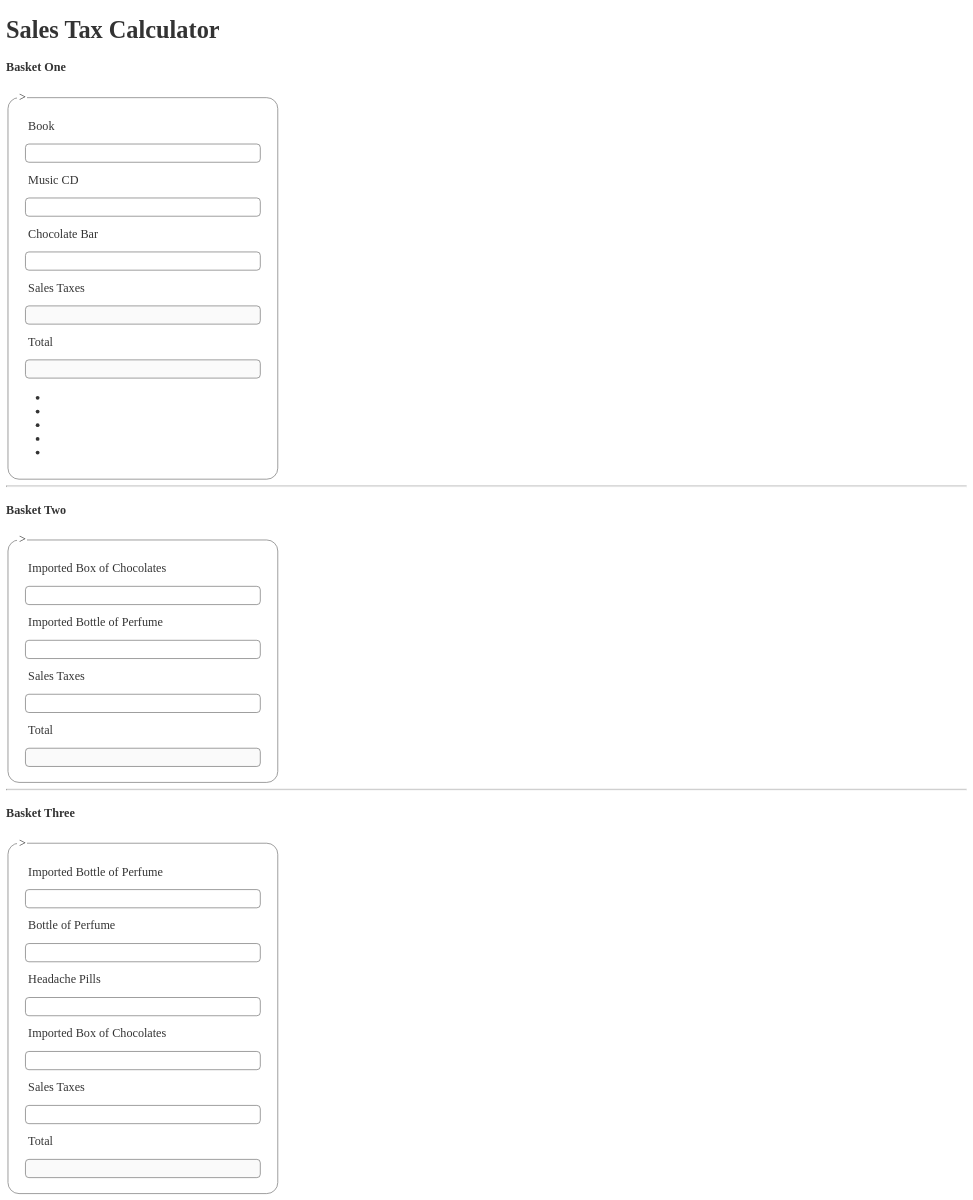
Repository: duzzisantos/sales-tax
Page: index.html
An editor plug-in stored every save of this project. The page is shown before and after the next save, followed by the edit.
The browser window is 1280 px wide. The pictures show the whole page, at 76% of full size.

Above is the page before, as saved 2022-05-25 21:29:23.

### index.html
<!DOCTYPE html>
<html lang="en">

<head>
    <meta charset="UTF-8">
    <meta http-equiv="X-UA-Compatible" content="IE=edge">
    <meta name="viewport" content="width=device-width, initial-scale=1.0">
    <link href="style.css" rel="stylesheet">
    <title>Sales Tax Calculator</title>
</head>

<body>
    <h1>Sales Tax Calculator</h1>
    <section id="container">
        <h4>Basket One</h4>
        <fieldset>
            <legend>
                <!----Add basket icon here-->>
            </legend>
            <label for="book">Book</label>
            <input id="book" type="number" name="book" onchange="basketOne()" />
            <label for="musicCD">Music CD</label>
            <input id="musicCD" type="number" name="musicCD" onchange="basketOne()" />
            <label for="chocolateBar">Chocolate Bar</label>
            <input id="chocolateBar" type="number" name="chocolateBar" onchange="basketOne()" />
            <label for="sales-taxes">Sales Taxes</label>
            <input id="sales-taxes" type="number" name="sales-taxes" onchange="basketOne()" disabled />
            <label for="total">Total</label>
            <input id="total" type="number" name="total" onchange="basketOne()" disabled />
            <ul class="listOne">
                <li></li>
                <li></li>
                <li></li>
                <li></li>
                <li></li>
            </ul>
        </fieldset>
        <hr>
        <h4>Basket Two</h4>
        <fieldset>
            <legend>
                <!----Add basket icon here-->>
            </legend>
            <label for="imported-box-chocolate">Imported Box of Chocolates</label>
            <input id="imported-box-chocolate" type="number" name="imported-box-chocolate" onchange="basketTwo()" />
            <label for="imported-perfume">Imported Bottle of Perfume</label>
            <input id="imported-perfume" type="number" name="imported-perfume" onchange="basketTwo()" />

            <label for="sales-taxes2">Sales Taxes</label>
            <input id="sales-taxes2" type="number" name="sales-taxes2" onchange="basketTwo()" />
            <label for="total">Total</label>
            <input disabled id="total2" type="number" name="total2" onchange="basketTwo()" />
        </fieldset>
        <hr>
        <h4>Basket Three</h4>
        <fieldset>
            <legend>
                <!----Add basket icon here-->>
            </legend>
            <label for="imported-perfume2">Imported Bottle of Perfume</label>
            <input id="imported-perfume2" type="number" name="imported-perfume2" onchange="basketThree()" />
            <label for="bottle-perfume">Bottle of Perfume</label>
            <input id="bottle-perfume" type="number" name="bottle-perfume" onchange="basketThree()" />
            <label for="pills">Headache Pills</label>
            <input id="pills" type="number" name="pills" onchange="basketThree()" />
            <label for="imported-box-chocolate2">Imported Box of Chocolates</label>
            <input id="imported-box-chocolate2" type="number" name="imported-box-chocolate2" onchange="basketThree()" />
            <label for=" sales-taxes3">Sales Taxes</label>
            <input id="sales-taxes3" type="number" name="sales-taxes3" onchange="basketThree()" />
            <label for="total3">Total</label>
            <input disabled id="total3" type="number" name="total3" onchange="basketThree()" />
        </fieldset>
    </section>
</body>
<script src="first.js"></script>
<script src="second.js"></script>
<script src="third.js"></script>

</html>

### style.css
*{
    color: rgb(0,0,0,0.8);
}

.container{
    display: flex;
    flex-direction: column;
    align-items: center;
    justify-content: center;
    bottom: 0;
}

fieldset{
    height: fit-content;
    width: fit-content ;
    border: 1px solid grey;
    border-radius: 15px;
}

label, input{
    display: block;
    margin: 10px;
    padding: 4px;
}

input{
    width: 300px;
    border-radius: 5px;
    border: 1px solid grey;
}

### first.js
//Variables for tax rate
let taxFree = 0;
let basicTax = 10;
let importDuty = 5;

//imported basic taxable items attract an extra non-negotiable tax rate of 5%, therefore 10% + 5% = 15%
let basicPlusImportDuty = basicTax + importDuty;

//An app that computes the first basket of goods
const basketOne = () => {
  let book = document.getElementById("book").value;
  let musicCD = document.getElementById("musicCD").value;
  let chocolateBar = document.getElementById("chocolateBar").value;

  // The plus sign is used in front of every variable to indicate to JavaScript that they are numerical values
  // Without this, they would become concatenated strings

  //these are the sums of the items and their taxes
  let bookPlusTax = +taxFree * +book + +book;
  let musicCDPlusTax = (basicTax * +musicCD) / 100 + +musicCD;
  let chocolateBarPlusTax = +taxFree * +chocolateBar + +chocolateBar;

  //this computes the total price paid by the customer
  let netPayment = +bookPlusTax + +musicCDPlusTax + +chocolateBarPlusTax;
  document.getElementById("total").value = netPayment.toFixed(2);

  //this computes the total sales tax generated
  let totalTaxes =
    bookPlusTax -
    book +
    (musicCDPlusTax - musicCD) +
    (chocolateBarPlusTax - chocolateBar);

  //Math.ceil and toFixed method helps us round up to the nearest 0.05
  document.getElementById("sales-taxes").value = (
    Math.ceil(totalTaxes * 20) / 20
  ).toFixed(2);
};

### second.js
//Variables for tax rate
let basicTax2 = 10;
let importDuty2 = 5;

//imported basic taxable items attract an extra non-negotiable tax rate of 5%, therefore 10% + 5% = 15%
let basicPlusImportDuty2 = basicTax2 + importDuty2;

//An app that computes the second basket of goods
const basketTwo = () => {
  let importedChocolate = document.getElementById(
    "imported-box-chocolate"
  ).value;
  let importedPerfume2 = document.getElementById("imported-perfume").value;

  // The plus sign is used in front of every variable to indicate to JavaScript that they are numerical values
  // Without this, they would become concatenated strings

  //these are the sums of the imported items and their taxes
  let importedChocolatePlusTax =
    (importDuty2 * +importedChocolate) / 100 + +importedChocolate;
  let importedPerfume2PlusTax =
    (basicPlusImportDuty2 * +importedPerfume2) / 100 + +importedPerfume2;

  //Math.ceil and toFixed method helps us round up to the nearest 0.05
  //this computes the total price paid by the customer
  let netPayment = +importedChocolatePlusTax + +importedPerfume2PlusTax;
  document.getElementById("total2").value = (
    Math.ceil(netPayment * 20) / 20
  ).toFixed(2);

  //this computes the total sales tax generated
  let totalTaxes =
    (importDuty2 * +importedChocolate) / 100 +
    (basicPlusImportDuty2 * +importedPerfume2) / 100;
  document.getElementById("sales-taxes2").value = (
    Math.ceil(totalTaxes * 20) / 20
  ).toFixed(2);
};

### third.js
//Variables for tax rate
let taxFree3 = 0;
let basicTax3 = 10;
let importDuty3 = 5;
let basicPlusImportDuty3 = basicTax3 + importDuty3;


//App that computes the third basket of goods
const basketThree = () => {
    let importedPerfume2 = document.getElementById("imported-perfume2").value;
    let bottlePerfume = document.getElementById("bottle-perfume").value;
    let pills = document.getElementById("pills").value;
    let importedChocolate2 = document.getElementById("imported-box-chocolate2").value;


    //    // The plus sign is used in front of every variable to indicate to JavaScript that they are numerical values
     // Without this, they would become concatenated strings

    //these are the sums of the imported items and their taxes
    let importedPerfume2PlusTax = (basicPlusImportDuty3 * +importedPerfume2) / 100 + +importedPerfume2;
    let bottlePerfumePlusTax =
      (basicTax3 * +bottlePerfume) / 100 + +bottlePerfume;
    let pillsPlusTax = (taxFree3 * +pills) + +pills;
    let importedChocolate2PlusTax =
      (importDuty3 * +importedChocolate2) / 100 + +importedChocolate2;

    //Math.ceil and toFixed method helps us round up to the nearest 0.05
    //This computes the prices plus their taxes
    let netPayment =
      importedPerfume2PlusTax +
      bottlePerfumePlusTax +
      pillsPlusTax +
      importedChocolate2PlusTax;
    document.getElementById("total3").value = (Math.ceil(netPayment * 20) / 20).toFixed(2);

    //this computes the total taxes generated from selling basket three
    let totalTaxes =
      importedPerfume2PlusTax -
      importedPerfume2 +
      (bottlePerfumePlusTax - bottlePerfume) +
      (pillsPlusTax - pills) +
      (importedChocolate2PlusTax - importedChocolate2);

    document.getElementById("sales-taxes3").value = (
        Math.ceil(totalTaxes * 20) / 20
      ).toFixed(2);
  };

After the next save:
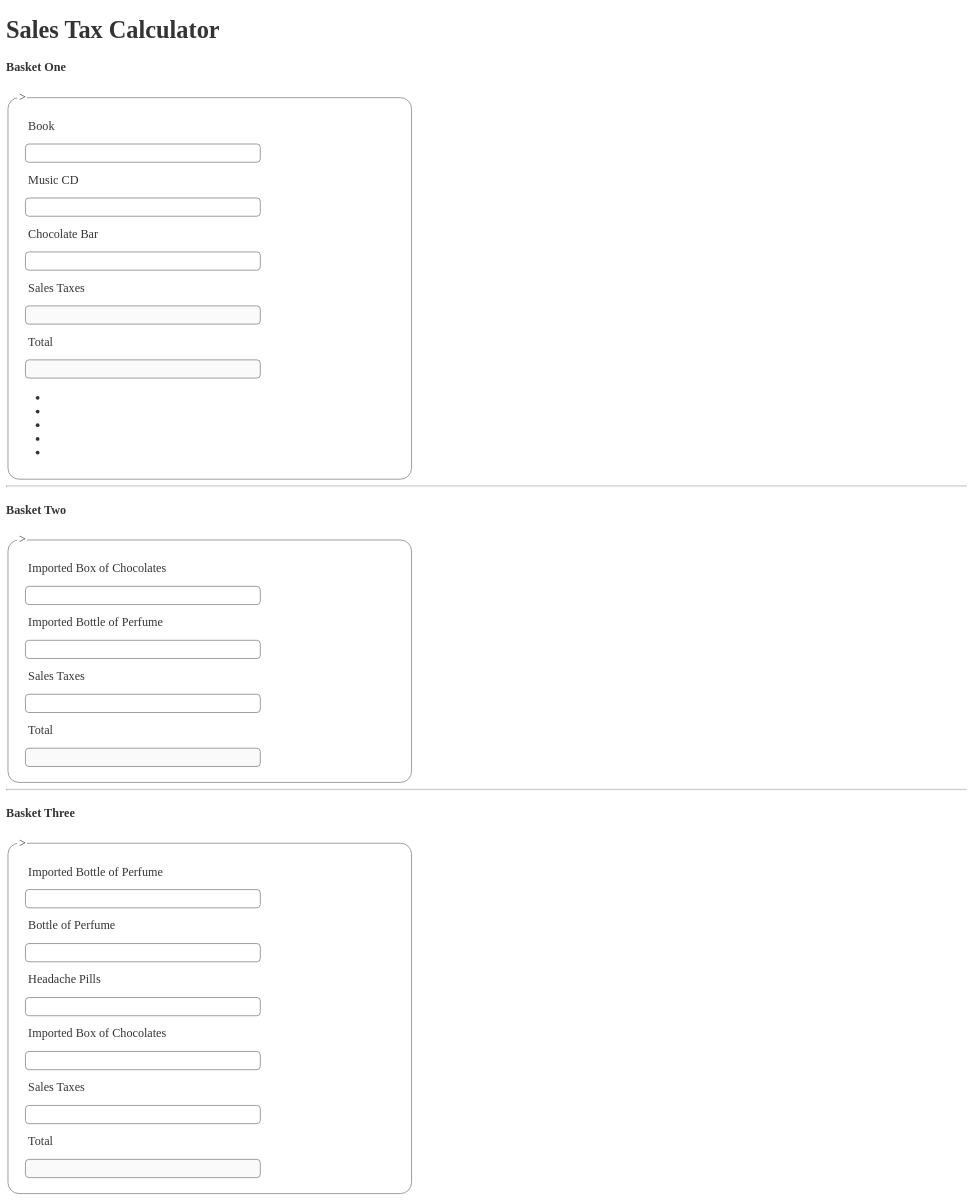
Saved 3 min 18 s later.
--- a/style.css
+++ b/style.css
@@ -12,7 +12,7 @@
 
 fieldset{
     height: fit-content;
-    width: fit-content ;
+    width: 40%;
     border: 1px solid grey;
     border-radius: 15px;
 }
